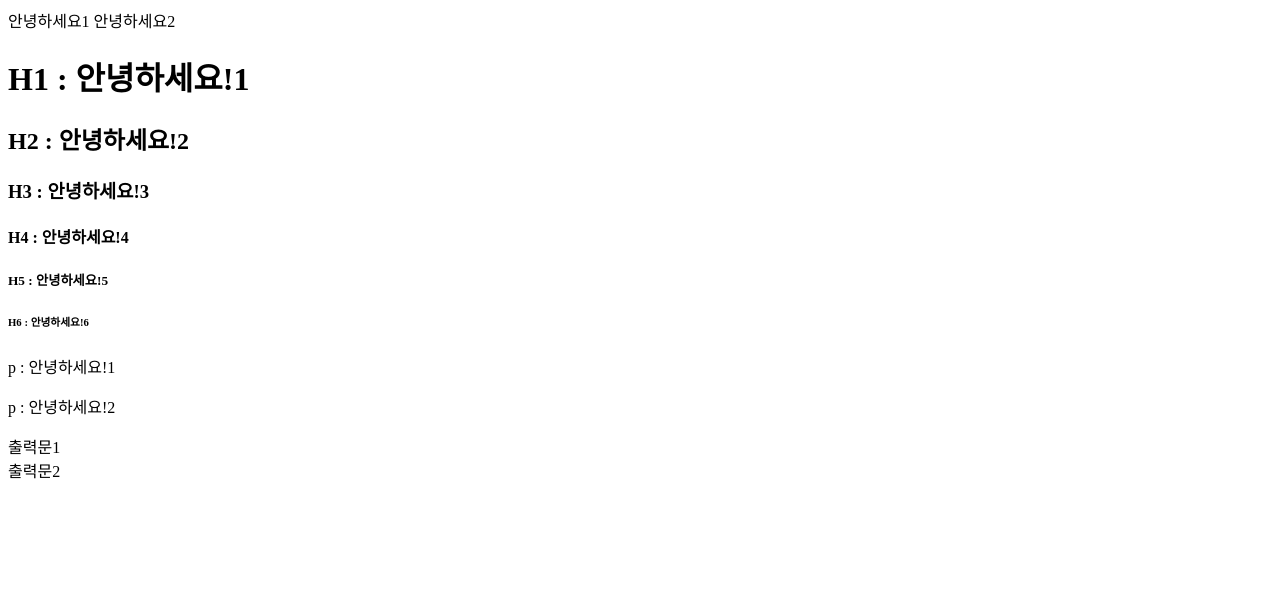
Repository: jjb5442/JSP
Page: 3Day/workspace/02_HTML_tutorial/src/main/webapp/02_Tutorial.html
The author's editor kept a copy of each file at every save. The page is drawn from the files as they stood at one save, then again after the next save.
The browser window is 1280 px wide. The pictures show the whole page.

Above is the page before, as saved 2022-05-14 01:46:37.

After the next save:
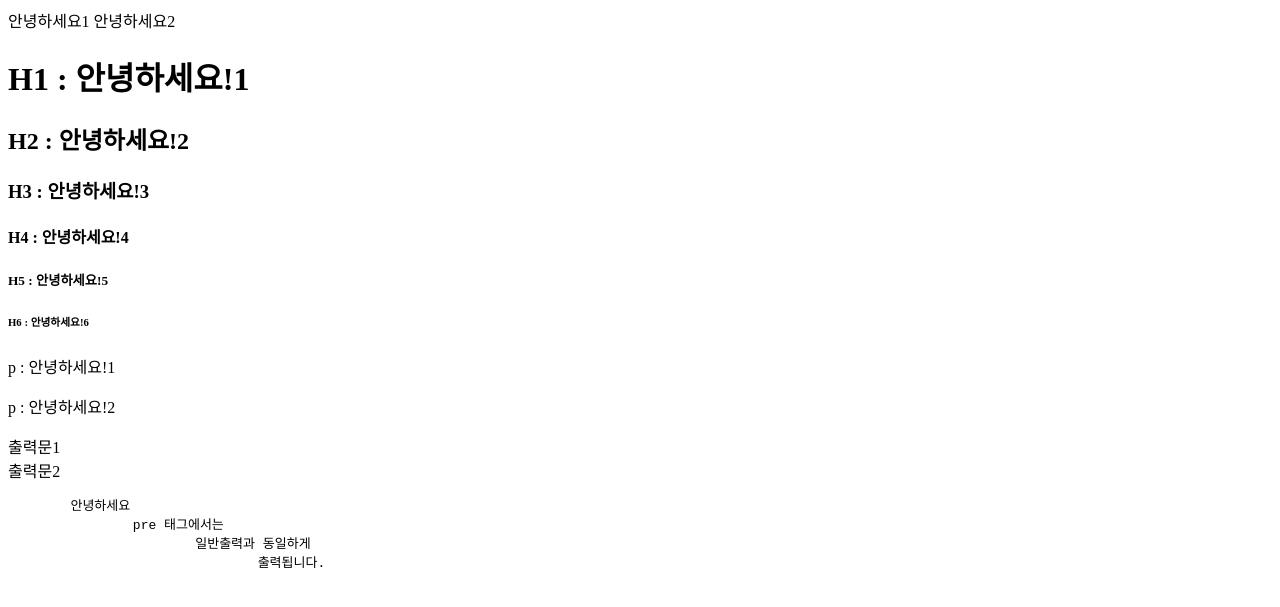
Saved 53 s later.
--- a/3Day/workspace/02_HTML_tutorial/src/main/webapp/02_Tutorial.html
+++ b/3Day/workspace/02_HTML_tutorial/src/main/webapp/02_Tutorial.html
@@ -17,5 +17,11 @@
 	<p>p : 안녕하세요!2</p>
 	출력문1<br/><!-- br : 개행시켜주는 태그 -->
 	출력문2<br/>
+	<pre>
+	안녕하세요
+		pre 태그에서는
+			일반출력과 동일하게
+				출력됩니다.
+	</pre>
 </body>
 </html>
